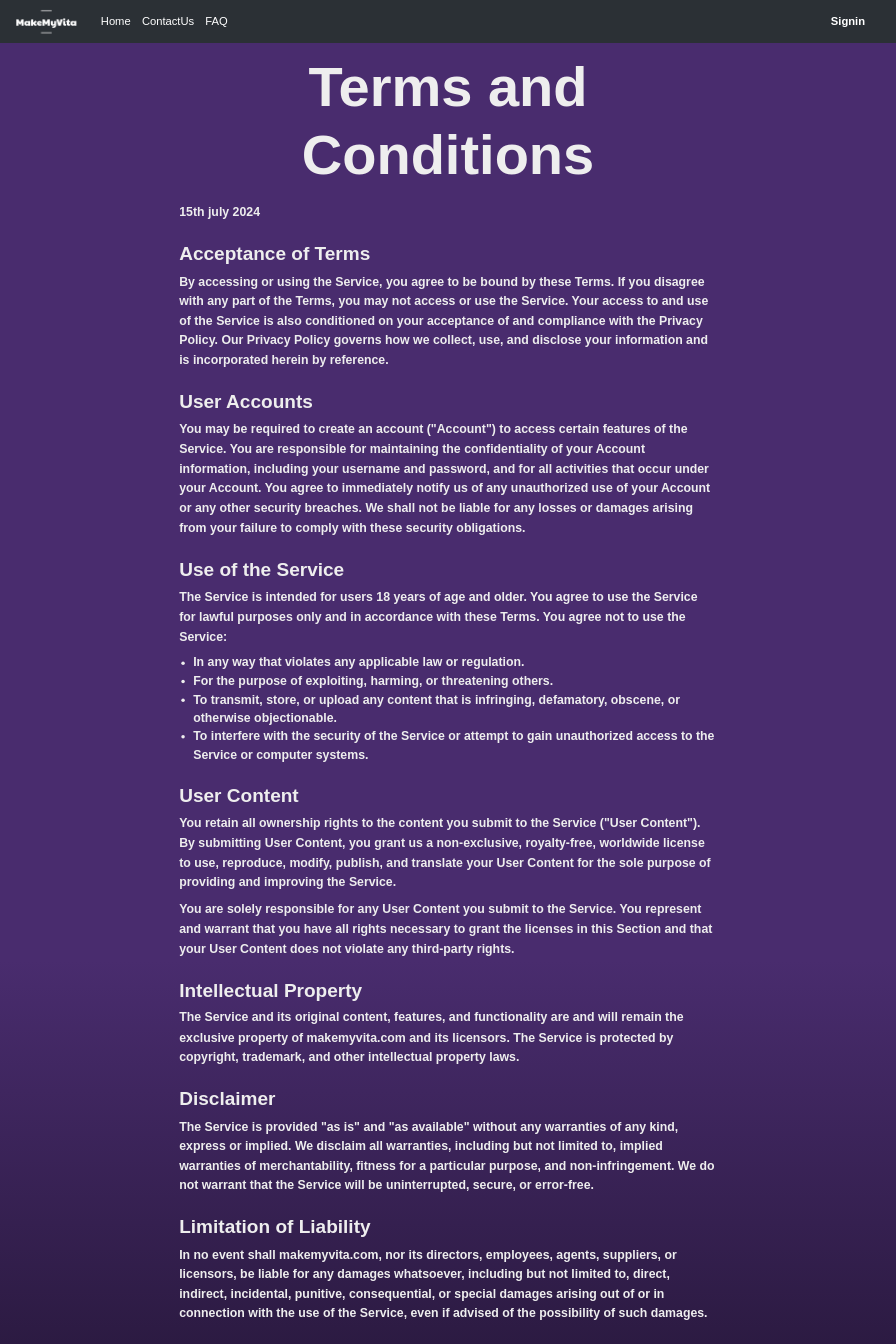
Repository: Tejaakshaykumar/MakeMyVita-Resume-Builder-Website
Page: /T&C (app in frontend/)
These files come from the project's save history. The page is drawn as it stood at one moment and after a run of saves; the edit follows.
The browser window is 1280 px wide. The pictures show the part of the page from y = 0 to 1920 px (the page is 2936 px tall), at 70% of full size.
Some web libraries are served in a nearby version. The project was rebuilt for these pictures with package versions that can differ from the ones it lists, and the page was loaded fresh each time. Also part of the build but not shown: frontend/src/App.css, frontend/src/containers/About.js, frontend/src/containers/Buildresume.js, frontend/src/containers/Images.js, frontend/src/containers/Features.js, frontend/src/containers/Review.js, frontend/src/containers/Trybox.js, frontend/src/containers/Motionbox.js and 5 more.

Above is the page before, as saved 2024-06-10 11:50:50.

After the next 4 saves:
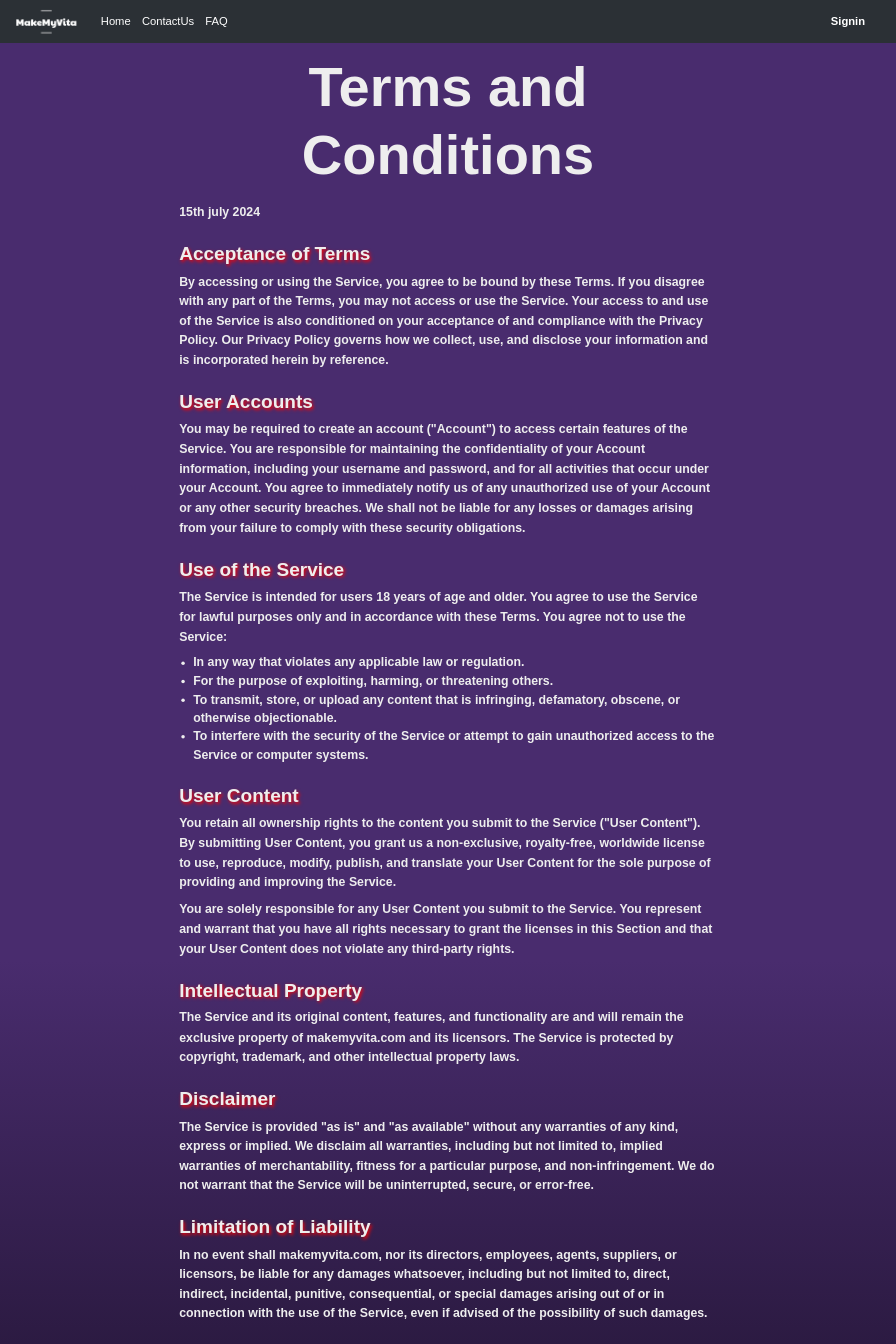
The 4 saves are shown as one change because they came seconds apart.
The last was saved 12 s later.
--- a/frontend/src/pages/pagestyles.css
+++ b/frontend/src/pages/pagestyles.css
@@ -26,7 +26,7 @@
     color: #eee;
     font-weight: 700;
     font-size: 1.7rem;
-    text-shadow: ;
+    text-shadow: 2px 2px 5px red;
   }
 
   .tandc-container p {

After the 2 saves that followed:
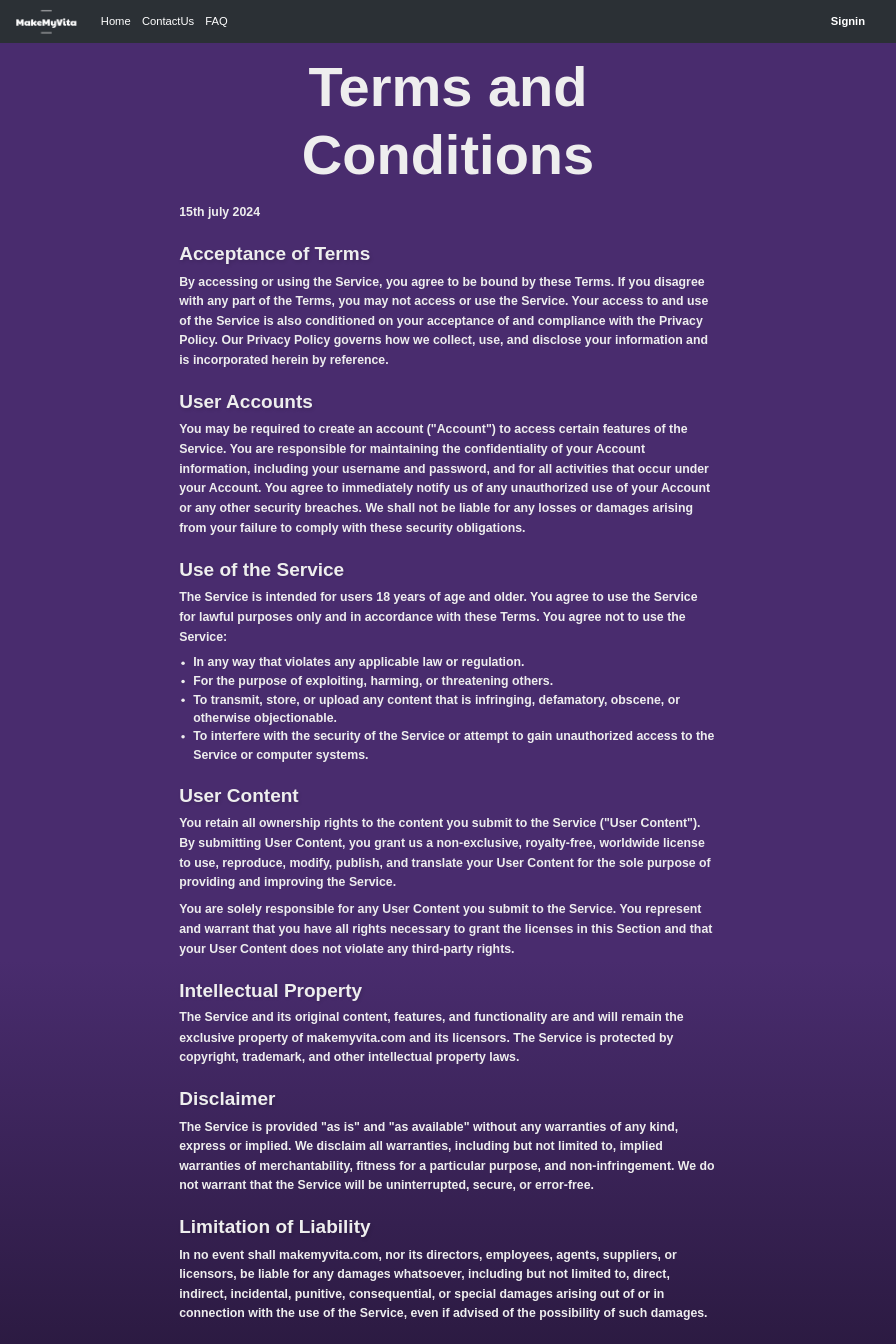
The 2 saves are shown as one change because they came seconds apart.
The last was saved 14 s later.
--- a/frontend/src/pages/pagestyles.css
+++ b/frontend/src/pages/pagestyles.css
@@ -26,7 +26,7 @@
     color: #eee;
     font-weight: 700;
     font-size: 1.7rem;
-    text-shadow: 2px 2px 5px red;
+    text-shadow: 2px 2px 5px rgba(0, 0, 0, 0.13);
   }
 
   .tandc-container p {
